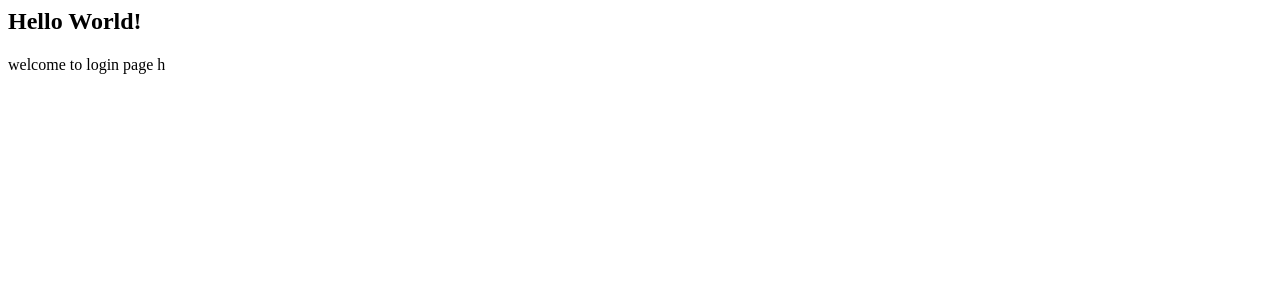
Repository: rkgupta8858/Advance-Java-Practice
Page: http://localhost/Spring-WebMVC3/
These files come from the project's save history. The page is drawn as it stood at one moment and after the next save; the edit follows.
The browser window is 1280 px wide. The pictures show the whole page.
The page is served by Tomcat 10.

Above is the page before, as saved 2025-11-20 04:43:09.

After the next save:
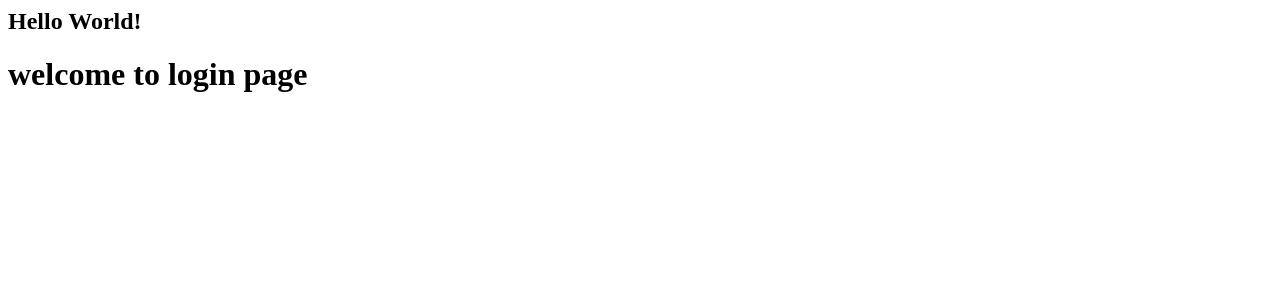
Saved 18 s later.
--- a/Spring MVC/Spring-WebMVC3/src/main/webapp/index.jsp
+++ b/Spring MVC/Spring-WebMVC3/src/main/webapp/index.jsp
@@ -3,7 +3,7 @@
 <body>
 	<h2>Hello World!</h2>
 	<div>
-	<h1></h1> welcome to login page h
+	<h1> welcome to login page </h1>
 	</div>
 </body>
 </html>
